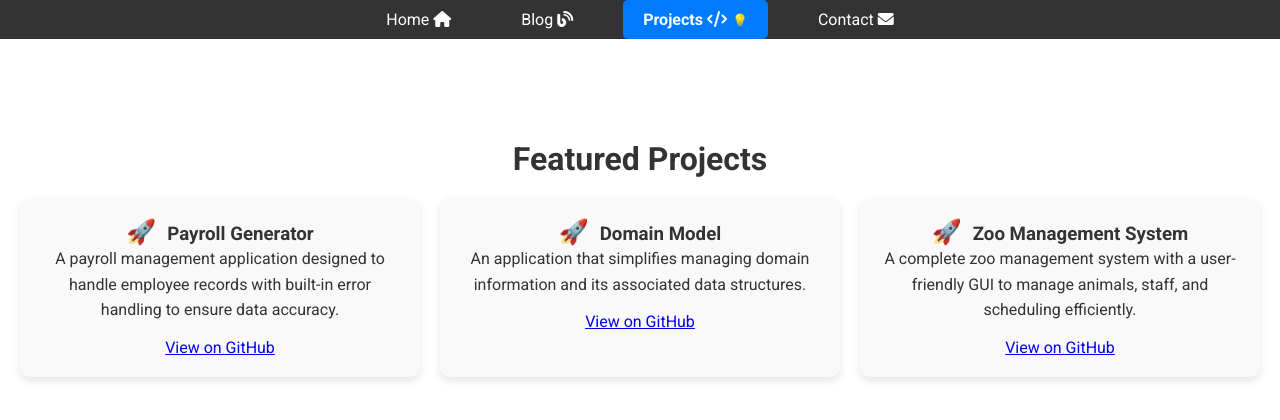
Repository: liwingy/cs5610_fall24_project1
Page: projects.html
An editor plug-in stored every save of this project. The page is shown before and after the next save, followed by the edit.
The browser window is 1280 px wide. The pictures show the whole page.

Above is the page before, as saved 2024-10-07 21:28:26.

After the next save:
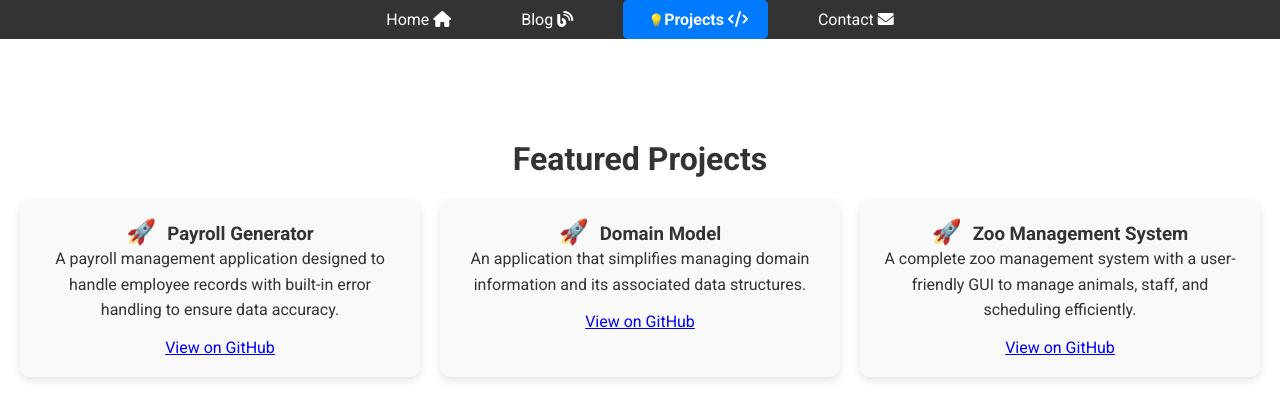
Saved 47 s later.
--- a/style.css
+++ b/style.css
@@ -109,7 +109,7 @@
     padding: 10px 20px;
 }
 
-nav ul li a.active::after {
+nav ul li a.active::before {
     content: "💡";
     color: #007BFF;
     font-size: 0.8rem;

After the 2 saves that followed:
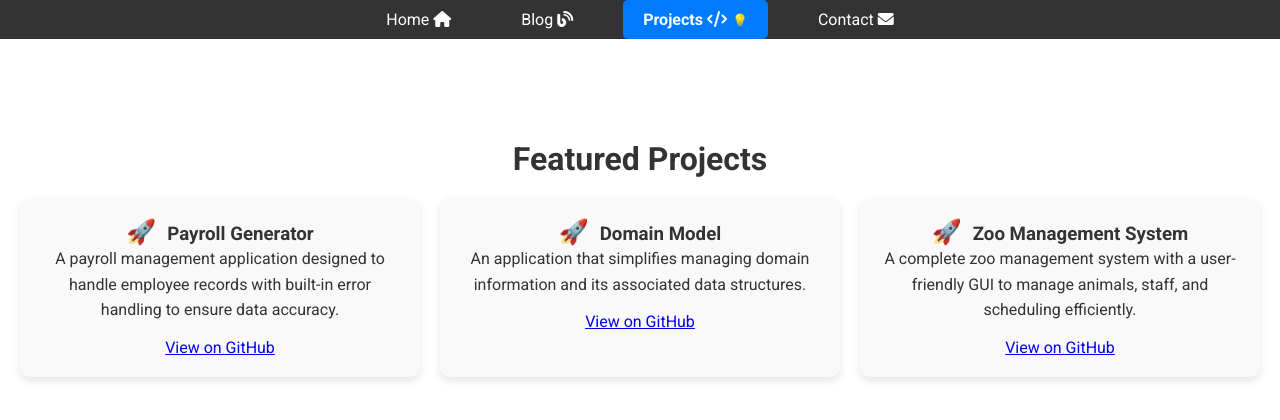
The 2 saves are shown as one change because 1 left the picture as it was.
The last was saved 32 s later.
--- a/style.css
+++ b/style.css
@@ -109,7 +109,7 @@
     padding: 10px 20px;
 }
 
-nav ul li a.active::before {
+nav ul li a.active::after {
     content: "💡";
     color: #007BFF;
     font-size: 0.8rem;
